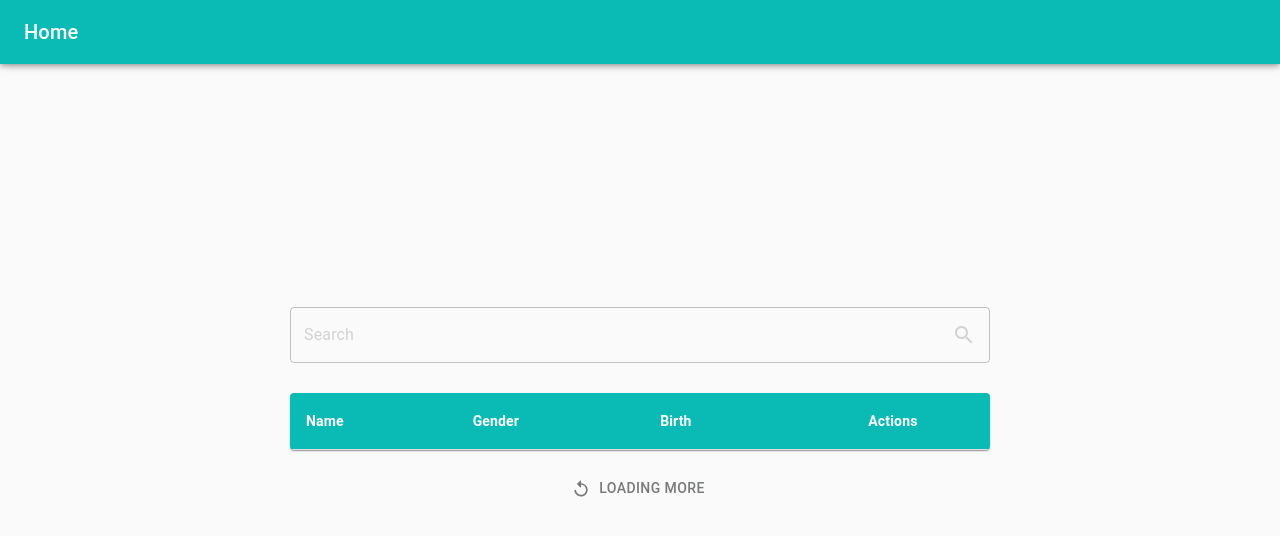
Repository: GabrielBrandaoProjetos/patient-manager
Page: /
The author's editor kept a copy of each file at every save. The page is drawn from the files as they stood at one save, then again after the next save.
The browser window is 1280 px wide. The pictures show the whole page.
The page's requests for data from a server got no answer. The project was rebuilt for these pictures with package versions that can differ from the ones it lists, and the page was loaded fresh each time. No one was signed in, and anything a server would have sent is missing. Also part of the build but not shown: src/components/Modal/PatientModal.style.ts, src/components/Modal/PatientModal.tsx.

Above is the page before, as saved 2021-09-16 23:16:34.

After the next save:
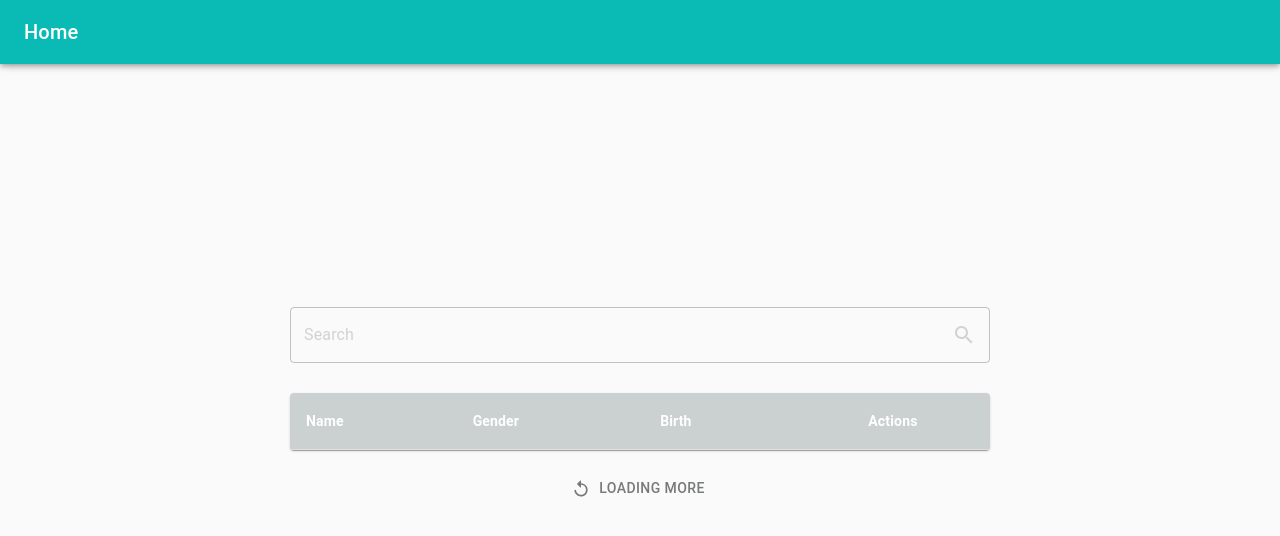
Saved 114 s later.
--- a/src/pages/Home/Home.style.ts
+++ b/src/pages/Home/Home.style.ts
@@ -42,7 +42,7 @@ createStyles({
   },
   row: {
     color: "white",
-    background: "#0abab5",
+    background: "#cbd0d0",
   },
   rowBody: {
     '&:nth-of-type(odd)': {
